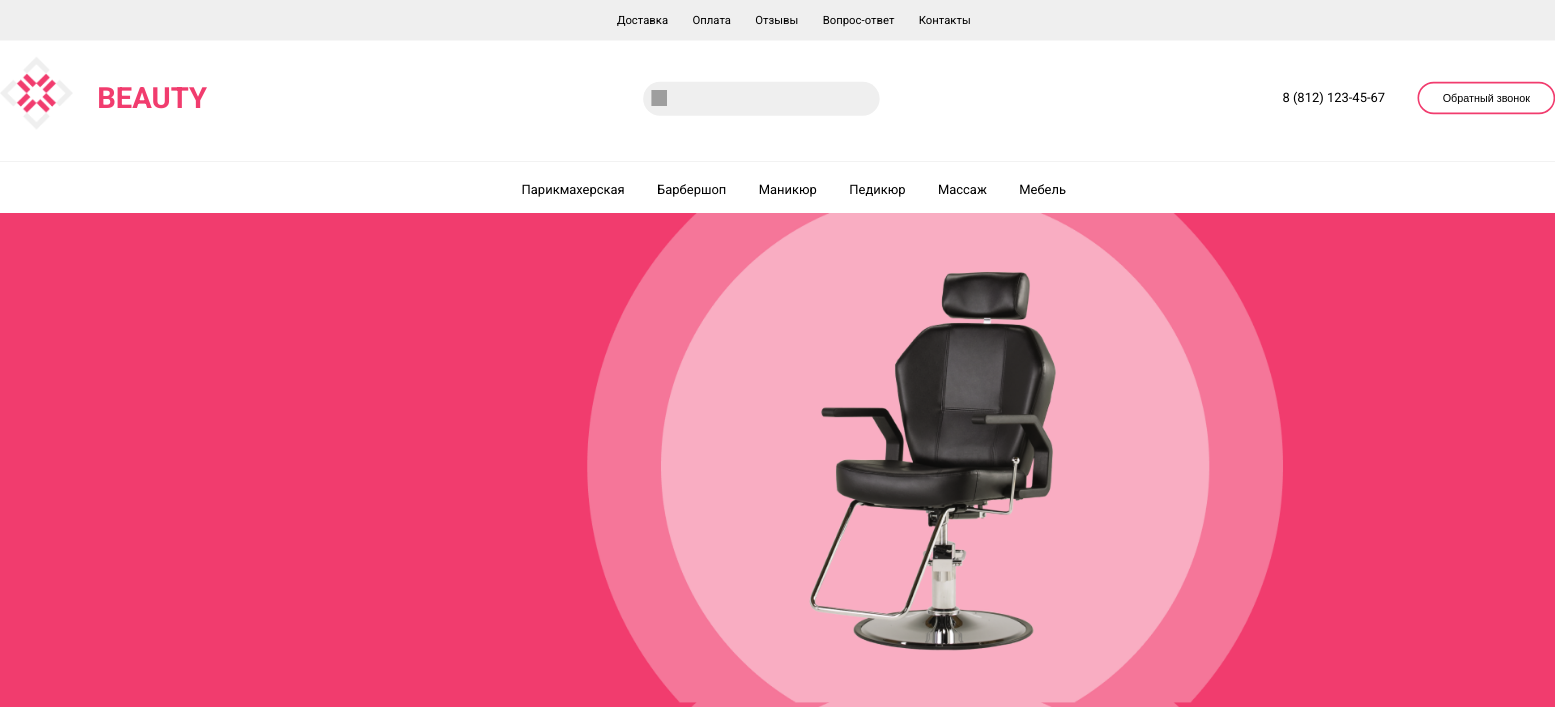
Repository: savannaaaas/verstka
Page: index.html
These files come from the project's save history. The page is drawn as it stood at one moment and after the next save; the edit follows.
The browser window is 1280 px wide. The page is 1920 px wide, so the pictures cover 1920 px, including what lies to the right of the window. The pictures show the whole page, at 81% of full size.
Pictures or frames that could not be fetched are drawn as grey boxes. Some web fonts or font styles are not loaded; a fallback is used.

Above is the page before, as saved 2025-04-16 00:22:59.

After the next save:
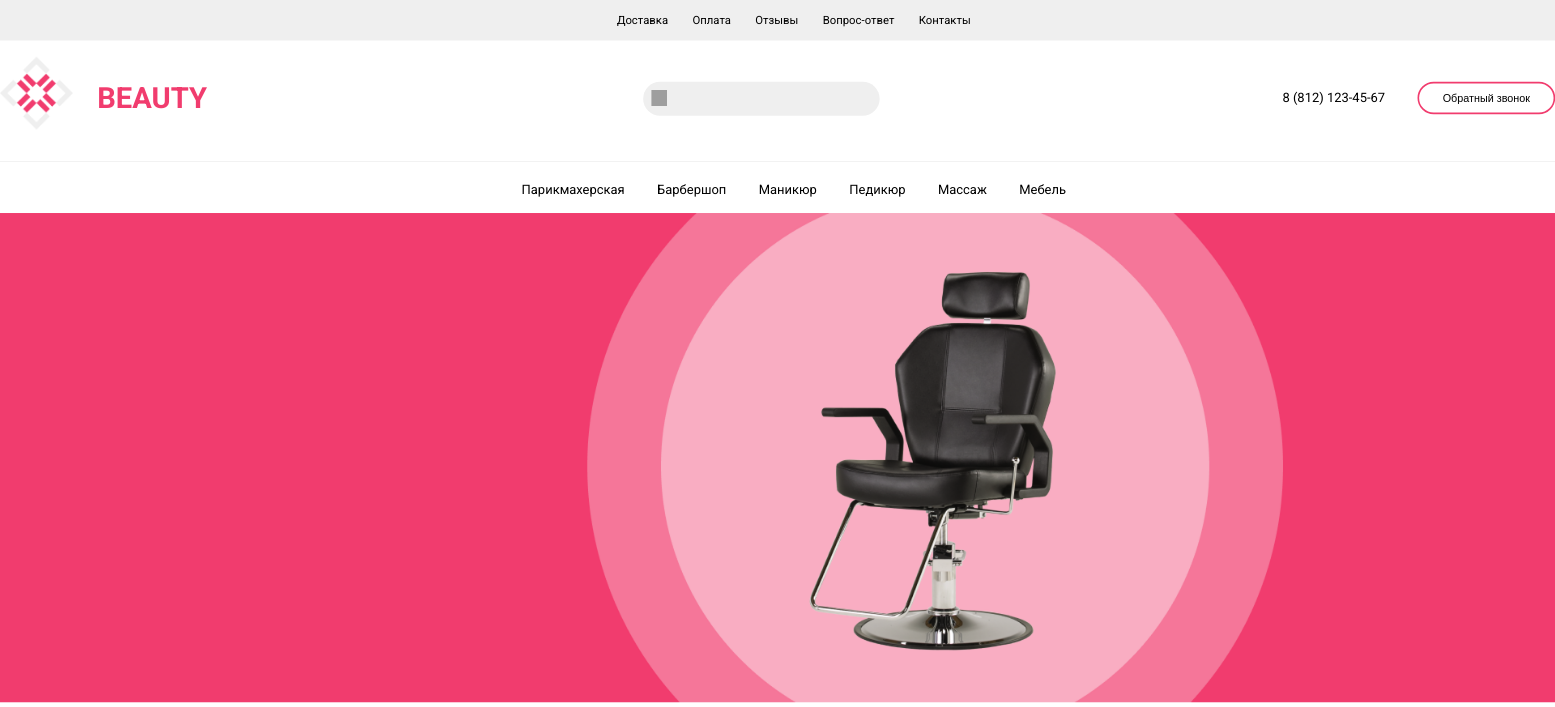
Saved 5 s later.
--- a/style.css
+++ b/style.css
@@ -110,5 +110,5 @@
     font-size: 16px;
    }
    .sale{
-    background-image: url(armchair.png);
+
    }
